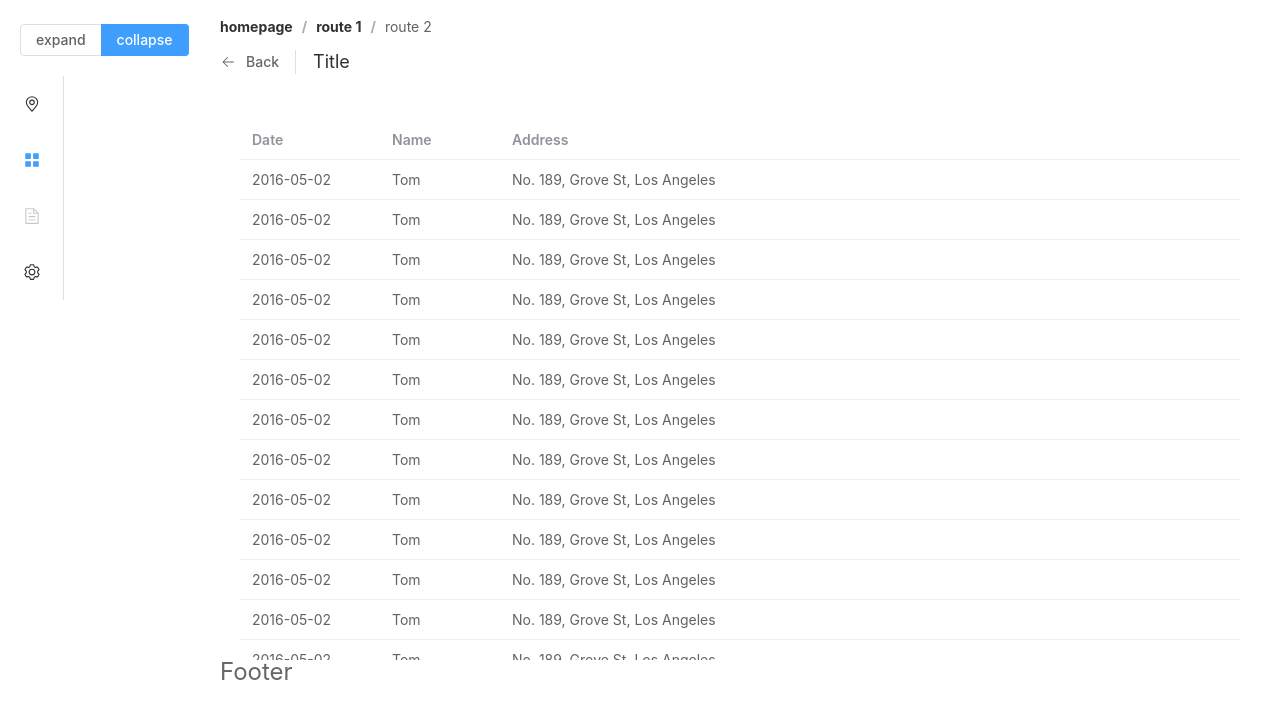
Repository: LeeypOR/management-system
Page: /
The author's editor kept a copy of each file at every save. The page is drawn from the files as they stood at one save, then again after the next save.
The browser window is 1280 px wide. The pictures show the whole page.
An inner scrolling area shows only its first screen. The project was rebuilt for these pictures with package versions that can differ from the ones it lists, and the page was loaded fresh each time. Also part of the build but not shown: vite.config.ts.

Above is the page before, as saved 2023-02-27 12:56:54.
Console error: SyntaxError: Cannot use import statement outside a module

After the next save:
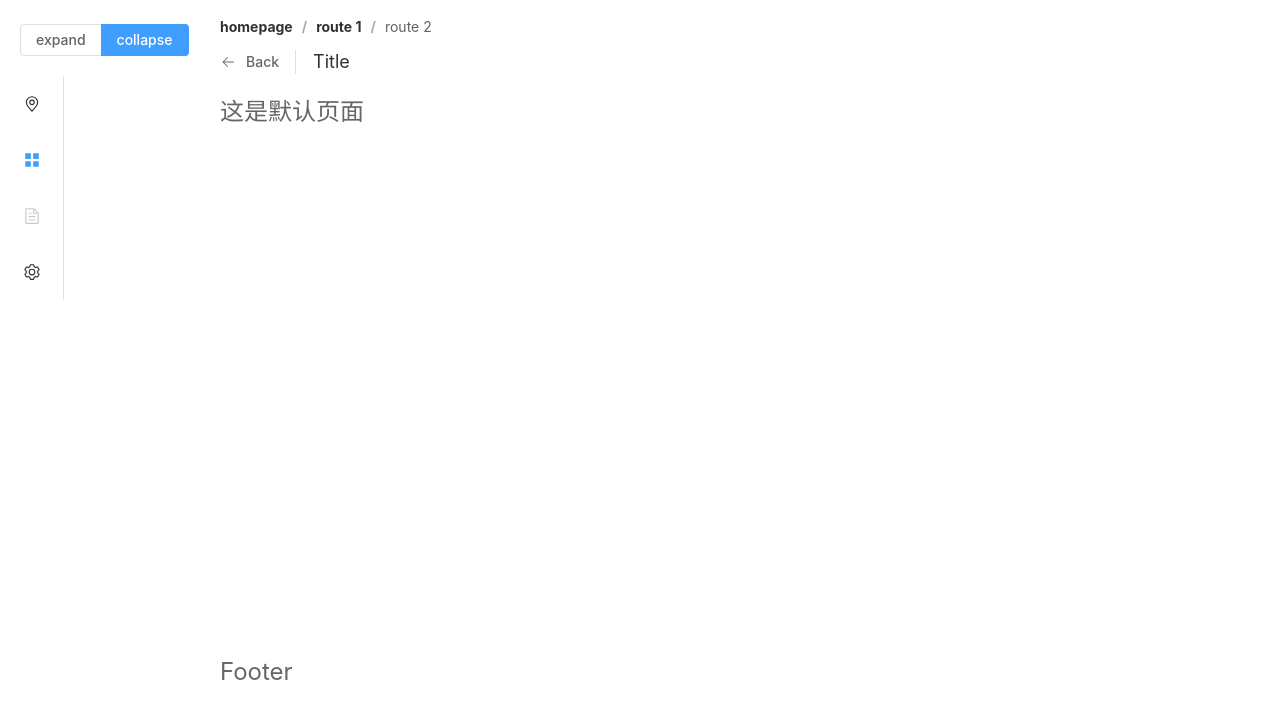
Saved 10 min 57 s later.
--- a/src/pages/BasePage/Main.vue
+++ b/src/pages/BasePage/Main.vue
@@ -1,6 +1,6 @@
 <template>
   <div>
-    <el-main>
+    <!-- <el-main>
         <el-scrollbar>
           <el-table :data="tableData">
             <el-table-column prop="date" label="Date" width="140" />
@@ -8,7 +8,8 @@
             <el-table-column prop="address" label="Address" />
           </el-table>
         </el-scrollbar>
-      </el-main>
+      </el-main> -->
+      这是默认页面
   </div>
 </template>
 
